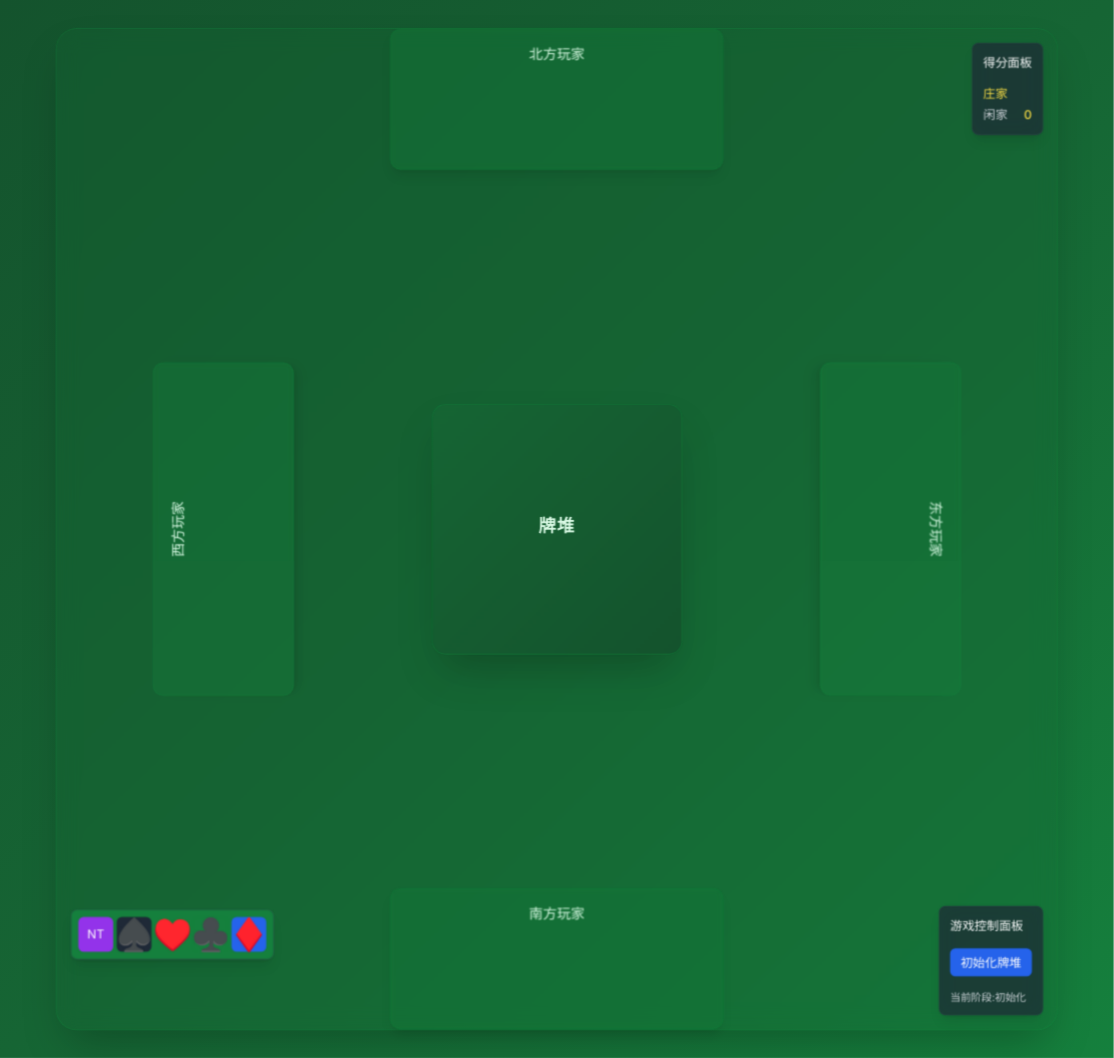
Repository: laofansay/Tractor80
Page: /
The author's editor kept a copy of each file at every save. The page is drawn from the files as they stood at one save, then again after the next save.
The browser window is 1280 px wide. The pictures show the whole page, at 87% of full size.
The project was rebuilt for these pictures with package versions that can differ from the ones it lists, and the page was loaded fresh each time. The framework's server and built-in components were replaced by stand-ins that run in the browser. Also part of the build but not shown: next.config.js, app/components/Card.tsx.

Above is the page before, as saved 2025-03-09 00:26:11.

### app/layout.tsx
import type { Metadata } from 'next'
import { Inter } from 'next/font/google'
import './globals.css'

const inter = Inter({ subsets: ['latin'] })

export const metadata: Metadata = {
  title: 'Card Game',
  description: 'A Next.js Card Game Application',
}

export default function RootLayout({
  children,
}: {
  children: React.ReactNode
}) {
  return (
    <html lang="en">
      <body className={inter.className}>{children}</body>
    </html>
  )
}

### app/globals.css
@tailwind base;
@tailwind components;
@tailwind utilities;

:root {
  --foreground-rgb: 0, 0, 0;
  --background-start-rgb: 214, 219, 220;
  --background-end-rgb: 255, 255, 255;
}

@media (prefers-color-scheme: dark) {
  :root {
    --foreground-rgb: 255, 255, 255;
    --background-start-rgb: 0, 0, 0;
    --background-end-rgb: 0, 0, 0;
  }
}

body {
  color: rgb(var(--foreground-rgb));
  background: linear-gradient(
    to bottom,
    transparent,
    rgb(var(--background-end-rgb))
  )
  rgb(var(--background-start-rgb));
}

### app/components/AdminPanel.tsx
'use client';

import { useState } from 'react';
import { Card } from './Card';

type GamePhase = 'initial' | 'dealing' | 'trumpSelection' | 'pickBottomCards' | 'bottomCards' | 'playing';
type Position = 'north' | 'east' | 'south' | 'west';

type AdminPanelProps = {
    onInitialize: () => void;
    onDeal: () => void;
    onPickBottomCards: () => void;
    onBottomCards: () => void;
    onStartPlaying: () => void;
    gamePhase: GamePhase;
    deckLength: number;
    bottomCardsLength: number;
    lastRound?: Record<Position, string[]>;
    roundCount?: number;
};

export function AdminPanel({
    onInitialize,
    onDeal,
    onPickBottomCards,
    onBottomCards,
    onStartPlaying,
    gamePhase,
    deckLength,
    bottomCardsLength,
    lastRound = { north: [], east: [], south: [], west: [] },
    roundCount = 0
}: AdminPanelProps) {

    return (
        <div className="absolute bottom-4 right-4 p-3 bg-gray-800/70 rounded-lg backdrop-blur-md border border-gray-700/50 shadow-lg">
            <div className="flex flex-col gap-2">
                <div className="text-white text-sm mb-2 font-medium">游戏控制面板</div>

                {(gamePhase === 'initial' || gamePhase === 'playing') && (
                    <button
                        onClick={onInitialize}
                        className="px-3 py-1.5 bg-blue-600 hover:bg-blue-500 text-white rounded-md transition-colors text-sm"
                    >
                        {gamePhase === 'playing' ? '重新开始' : '初始化牌堆'}
                    </button>
                )}

                {gamePhase === 'initial' && deckLength > 0 && (
                    <button
                        onClick={onDeal}
                        className="px-3 py-1.5 bg-green-600 hover:bg-green-500 text-white rounded-md transition-colors text-sm"
                    >
                        开始发牌
                    </button>
                )}

                {gamePhase === 'pickBottomCards' && (
                    <button
                        onClick={onPickBottomCards}
                        className="px-3 py-1.5 bg-yellow-600 hover:bg-yellow-500 text-white rounded-md transition-colors text-sm"
                    >
                        庄家拾底
                    </button>
                )}

                {gamePhase === 'bottomCards' && (
                    <button
                        onClick={onBottomCards}
                        className="px-3 py-1.5 bg-yellow-600 hover:bg-yellow-500 text-white rounded-md transition-colors text-sm"
                    >
                        庄家扣底
                    </button>
                )}

                {gamePhase === 'bottomCards' && (
                    <button
                        onClick={onStartPlaying}
                        className="px-3 py-1.5 bg-red-600 hover:bg-red-500 text-white rounded-md transition-colors text-sm"
                    >
                        开始出牌
                    </button>
                )}

                <div className="text-gray-300 text-xs mt-2">
                    当前阶段:
                    {gamePhase === 'initial' && '初始化'}
                    {gamePhase === 'dealing' && '发牌中'}
                    {gamePhase === 'trumpSelection' && '亮主阶段'}
                    {gamePhase === 'pickBottomCards' && '庄家拾底'}
                    {gamePhase === 'bottomCards' && '庄家扣底'}
                    {gamePhase === 'playing' && '出牌阶段'}
                </div>
            </div>
        </div>
    );
}

### app/components/SoundEffect.tsx
'use client';

import { audioManager } from './AudioManager';

export class SoundEffect {
    static #instance;

    constructor() {
        // 私有构造函数，确保单例模式
    }

    public static getInstance(): SoundEffect {
        if (!SoundEffect.#instance) {
            SoundEffect.#instance = new SoundEffect();
        }
        return SoundEffect.#instance;
    }

    /**
     * 预加载音效
     * @param soundId 音效ID
     * @param soundPath 音效文件路径
     * @param fallbackSoundPath 备用音效路径（可选）
     */
    public preloadSound(soundId: string, soundPath: string, fallbackSoundPath?: string): void {
        if (typeof window === 'undefined') return; // 服务器端不执行

        // 使用AudioManager来处理音频加载
        audioManager.preloadSound(soundId, soundPath, fallbackSoundPath);
    }

    /**
     * 播放音效
     * @param soundId 音效ID
     * @returns 是否成功播放
     */
    public playSound(soundId: string): boolean {
        if (typeof window === 'undefined') return false; // 服务器端不执行

        // 使用AudioManager来处理音频播放
        return audioManager.playSound(soundId);
    }

    /**
     * 停止播放音效
     * @param soundId 音效ID
     */
    public stopSound(soundId: string): void {
        if (typeof window === 'undefined') return; // 服务器端不执行

        // 使用AudioManager来处理音频停止
        audioManager.stopSound(soundId);
    }

    /**
     * 检查音效是否已加载并可以播放
     * @param soundId 音效ID
     * @returns 是否可以播放
     */
    public canPlaySound(soundId: string): boolean {
        if (typeof window === 'undefined') return false; // 服务器端不执行

        // 使用AudioManager来检查音频是否可以播放
        return audioManager.canPlaySound(soundId);
    }

    /**
     * 启用或禁用所有音效
     * @param enabled 是否启用音效
     */
    public setAudioEnabled(enabled: boolean): void {
        audioManager.setAudioEnabled(enabled);
    }

    /**
     * 获取音效是否启用
     * @returns 音效是否启用
     */
    public isAudioEnabled(): boolean {
        return audioManager.isAudioEnabled();
    }
}

// 导出单例实例
export const soundEffect = SoundEffect.getInstance();

### app/components/ScorePanel.tsx
import React from 'react';

interface ScorePanelProps {
  scores: {
    north: number;
    east: number;
    south: number;
    west: number;
  };
  dealerPosition: Position;
}

type Position = 'north' | 'east' | 'south' | 'west';

export function ScorePanel({ scores, dealerPosition }: ScorePanelProps) {
  // 计算庄家和闲家的总分
  const dealerScore = scores[dealerPosition];
  const nonDealerScore = Object.entries(scores)
    .filter(([position]) => position !== dealerPosition)
    .reduce((total, [_, score]) => total + score, 0);

  return (
    <div className="absolute top-4 right-4 p-3 bg-gray-800/70 rounded-lg backdrop-blur-md border border-gray-700/50 shadow-lg">
      <div className="flex flex-col gap-2">
        <div className="text-white text-sm mb-2 font-medium">得分面板</div>
        <div className="space-y-1">
          <div className="flex justify-between text-sm">
            <span className="text-yellow-300">庄家</span>
            <span className="text-yellow-300 font-medium ml-4">{dealerScore}</span>
          </div>
          <div className="flex justify-between text-sm">
            <span className="text-gray-300">闲家</span>
            <span className="text-yellow-300 font-medium ml-4">{nonDealerScore}</span>
          </div>
        </div>
      </div>
    </div>
  );
}

### app/components/TrumpSelectionPanel.tsx
'use client';

import React from 'react';

type TrumpSelectionPanelProps = {
  onSelectTrump: (trumpSuit: string | null) => void;
  gamePhase: string;
};

export function TrumpSelectionPanel({ onSelectTrump, gamePhase }: TrumpSelectionPanelProps) {
  // 只在亮主阶段显示
  if (gamePhase !== 'trumpSelection') {
    //return null;
  }

  return (
    <div className="absolute bottom-20 left-4 p-2 bg-green-700 hover:bg-green-600 rounded-lg backdrop-blur-md border border-gray-700/50 shadow-lg">
      <div className="flex flex-row gap-1">
        <button
          onClick={() => onSelectTrump(null)}
          className="w-10 h-10 bg-purple-600 hover:bg-purple-500 text-white rounded-md transition-colors text-sm flex items-center justify-center"
          title="无主"
        >
          NT
        </button>
        <button
          onClick={() => onSelectTrump('S')}
          className="w-10 h-10 bg-gray-800 hover:bg-gray-700 text-white rounded-md transition-colors text-4xl flex items-center justify-center"
          title="黑桃"
        >
          ♠️
        </button>
        <button
          onClick={() => onSelectTrump('H')}
          className="w-10 h-10 hover:bg-red-500 text-white rounded-md transition-colors text-4xl flex items-center justify-center"
          title="红桃"
        >
          ♥️
        </button>
        <button
          onClick={() => onSelectTrump('C')}
          className="w-10 h-10 bg-green-700 hover:bg-green-600 text-white rounded-md transition-colors text-4xl flex items-center justify-center"
          title="梅花"
        >
          ♣️
        </button>
        <button
          onClick={() => onSelectTrump('D')}
          className="w-10 h-10 bg-blue-600 hover:bg-blue-500 text-white rounded-md transition-colors text-4xl flex items-center justify-center"
          title="方块"
        >
          ♦️
        </button>
      </div>
    </div>
  );
}

### app/components/AudioManager.tsx
'use client';

/**
 * 音频管理器类
 * 提供音效加载、播放和错误处理功能
 */
export class AudioManager {
  private static instance: AudioManager;
  private audioElements: Map<string, HTMLAudioElement> = new Map();
  private fallbackMode: boolean = false;
  private audioEnabled: boolean = true;

  private constructor() {
    // 私有构造函数，确保单例模式
    this.checkAudioSupport();
  }

  public static getInstance(): AudioManager {
    if (!AudioManager.instance) {
      AudioManager.instance = new AudioManager();
    }
    return AudioManager.instance;
  }

  /**
   * 检查浏览器是否支持音频
   */
  private checkAudioSupport(): void {
    if (typeof window === 'undefined') return;

    try {
      const audio = new Audio();
      this.audioEnabled = !!audio && typeof audio.play === 'function';
      if (!this.audioEnabled) {
        console.warn('当前环境不支持音频播放');
      }
    } catch (error) {
      console.error('检查音频支持时出错:', error);
      this.audioEnabled = false;
    }
  }

  /**
   * 预加载音效
   * @param soundId 音效ID
   * @param soundPath 音效文件路径
   * @param fallbackSoundPath 备用音效路径（可选）
   */
  public preloadSound(soundId: string, soundPath: string, fallbackSoundPath?: string): void {
    if (typeof window === 'undefined' || !this.audioEnabled) return;

    if (!this.audioElements.has(soundId)) {
      try {
        // 确保路径正确，添加基础URL前缀
        const fullPath = soundPath.startsWith('/') ? soundPath : `/${soundPath}`;
        const baseUrl = window.location.origin;
        const absolutePath = new URL(fullPath, baseUrl).toString();

        const audio = new Audio();
        audio.preload = 'auto';

        // 添加加载错误处理
        audio.addEventListener('error', (e) => {
          const errorDetails = {
            code: audio.error?.code,
            message: audio.error?.message,
            path: absolutePath
          };
          console.error(`音效 ${soundId} 加载失败:`, errorDetails);

          // 尝试加载备用音效
          if (fallbackSoundPath && !this.fallbackMode) {
            console.log(`尝试加载备用音效: ${fallbackSoundPath}`);
            this.fallbackMode = true;
            this.preloadSound(soundId, fallbackSoundPath);
          }
        });

        // 添加加载成功处理
        audio.addEventListener('canplaythrough', () => {
          console.log(`音效 ${soundId} 加载成功，可以播放`);
        });

        // 设置音频源
        audio.src = absolutePath;

        this.audioElements.set(soundId, audio);
      } catch (error) {
        console.error(`音效 ${soundId} 初始化失败:`, error);
      }
    }
  }

  /**
   * 播放音效
   * @param soundId 音效ID
   * @returns 是否成功播放
   */
  public playSound(soundId: string): boolean {
    if (typeof window === 'undefined' || !this.audioEnabled) return false;

    const audio = this.audioElements.get(soundId);
    if (audio) {
      // 检查音频是否已加载并可以播放
      if (audio.error) {
        console.error(`音效 ${soundId} 无法播放，加载失败:`, audio.error);
        return false;
      }

      // 检查音频是否已经加载足够的数据可以播放
      if (audio.readyState < 2) { // HAVE_CURRENT_DATA or higher
        console.warn(`音效 ${soundId} 尚未加载完成，无法播放`);
        return false;
      }

      try {
        // 重置音频以便重复播放
        audio.currentTime = 0;
        const playPromise = audio.play();

        if (playPromise !== undefined) {
          playPromise.catch(error => {
            console.error(`播放音效 ${soundId} 失败:`, error);
          });
        }
        return true;
      } catch (error) {
        console.error(`播放音效 ${soundId} 时出错:`, error);
        return false;
      }
    } else {
      console.warn(`音效 ${soundId} 未预加载`);
      return false;
    }
  }

  /**
   * 停止播放音效
   * @param soundId 音效ID
   */
  public stopSound(soundId: string): void {
    if (typeof window === 'undefined' || !this.audioEnabled) return;

    const audio = this.audioElements.get(soundId);
    if (audio) {
      try {
        audio.pause();
        audio.currentTime = 0;
      } catch (error) {
        console.error(`停止音效 ${soundId} 时出错:`, error);
      }
    }
  }

  /**
   * 检查音效是否已加载并可以播放
   * @param soundId 音效ID
   * @returns 是否可以播放
   */
  public canPlaySound(soundId: string): boolean {
    if (typeof window === 'undefined' || !this.audioEnabled) return false;

    const audio = this.audioElements.get(soundId);
    if (!audio) return false;

    // 检查音频元素是否有错误
    if (audio.error) return false;

    // 检查音频是否已经加载足够的数据可以播放
    return audio.readyState >= 2; // HAVE_CURRENT_DATA or higher
  }

  /**
   * 启用或禁用所有音效
   * @param enabled 是否启用音效
   */
  public setAudioEnabled(enabled: boolean): void {
    this.audioEnabled = enabled;
  }

  /**
   * 获取音效是否启用
   * @returns 音效是否启用
   */
  public isAudioEnabled(): boolean {
    return this.audioEnabled;
  }

  /**
   * 创建一个简单的音效（用于在无法加载外部音效时使用）
   * @param frequency 频率（赫兹）
   * @param duration 持续时间（毫秒）
   * @param volume 音量（0-1）
   * @returns 音频元素
   */
  public createToneSound(frequency: number = 440, duration: number = 200, volume: number = 0.5): HTMLAudioElement | null {
    if (typeof window === 'undefined' || !this.audioEnabled) return null;

    try {
      // 检查是否支持Web Audio API
      if (!window.AudioContext && !(window as any).webkitAudioContext) {
        console.warn('当前浏览器不支持Web Audio API');
        return null;
      }

      const AudioContext = window.AudioContext || (window as any).webkitAudioContext;
      const audioCtx = new AudioContext();

      // 创建振荡器
      const oscillator = audioCtx.createOscillator();
      oscillator.type = 'sine';
      oscillator.frequency.setValueAtTime(frequency, audioCtx.currentTime);

      // 创建音量控制
      const gainNode = audioCtx.createGain();
      gainNode.gain.setValueAtTime(volume, audioCtx.currentTime);

      // 连接节点
      oscillator.connect(gainNode);
      gainNode.connect(audioCtx.destination);

      // 创建音频元素
      const audio = new Audio();

      // 开始振荡
      oscillator.start();

      // 设置定时器停止振荡
      setTimeout(() => {
        oscillator.stop();
        audioCtx.close();
      }, duration);

      return audio;
    } catch (error) {
      console.error('创建音效失败:', error);
      return null;
    }
  }
}

// 导出单例实例
export const audioManager = AudioManager.getInstance();

Loaded but not shown: tailwind.config.js (19 lines, source omitted); app/page.tsx (581 lines, source omitted); app/components/CardArea.tsx (205 lines, source omitted)

After the next save:
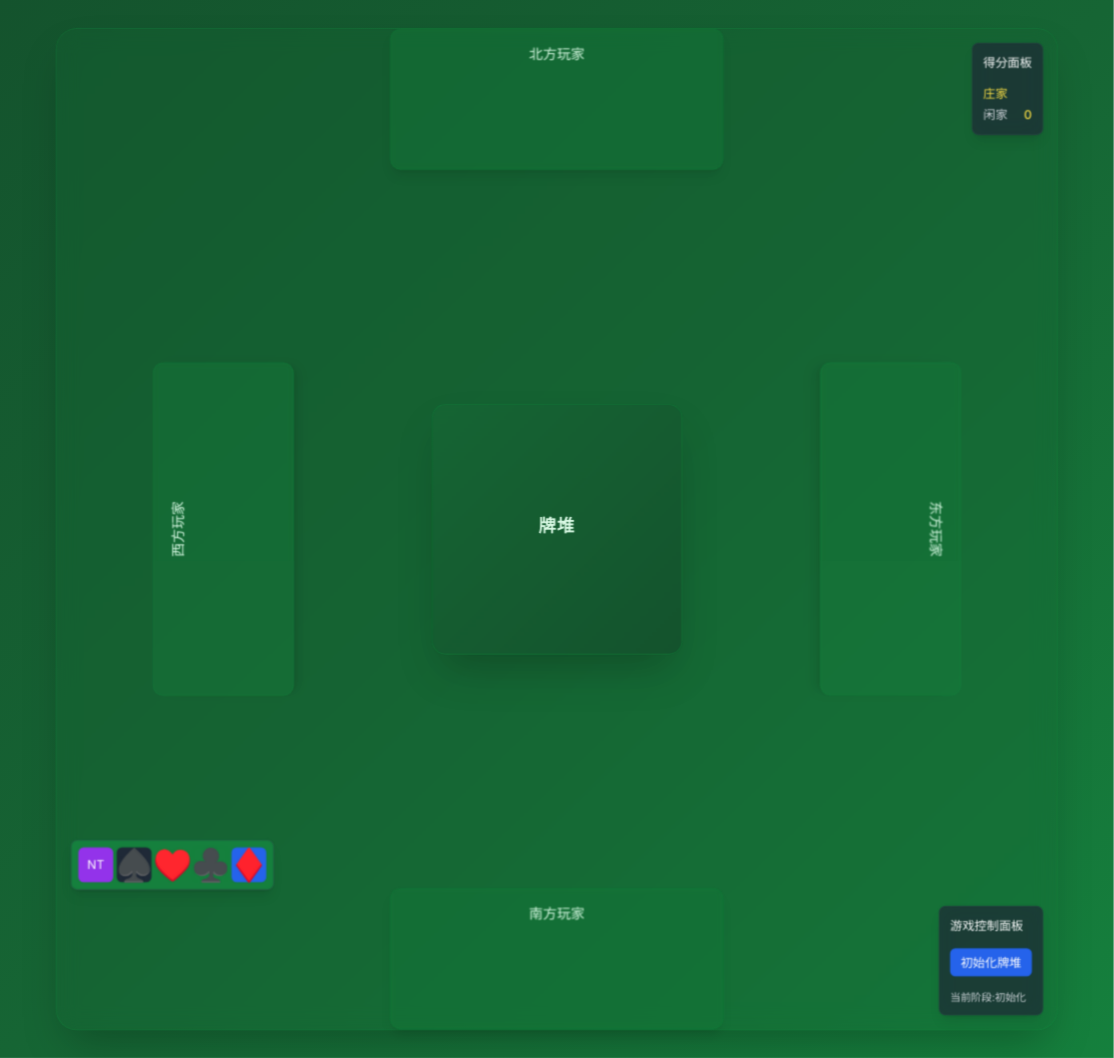
Saved 12 s later.
--- a/app/components/TrumpSelectionPanel.tsx
+++ b/app/components/TrumpSelectionPanel.tsx
@@ -14,7 +14,7 @@ export function TrumpSelectionPanel({ onSelectTrump, gamePhase }: TrumpSelection
   }
 
   return (
-    <div className="absolute bottom-20 left-4 p-2 bg-green-700 hover:bg-green-600 rounded-lg backdrop-blur-md border border-gray-700/50 shadow-lg">
+    <div className="absolute bottom-40 left-4 p-2 bg-green-700 hover:bg-green-600 rounded-lg backdrop-blur-md border border-gray-700/50 shadow-lg">
       <div className="flex flex-row gap-1">
         <button
           onClick={() => onSelectTrump(null)}
